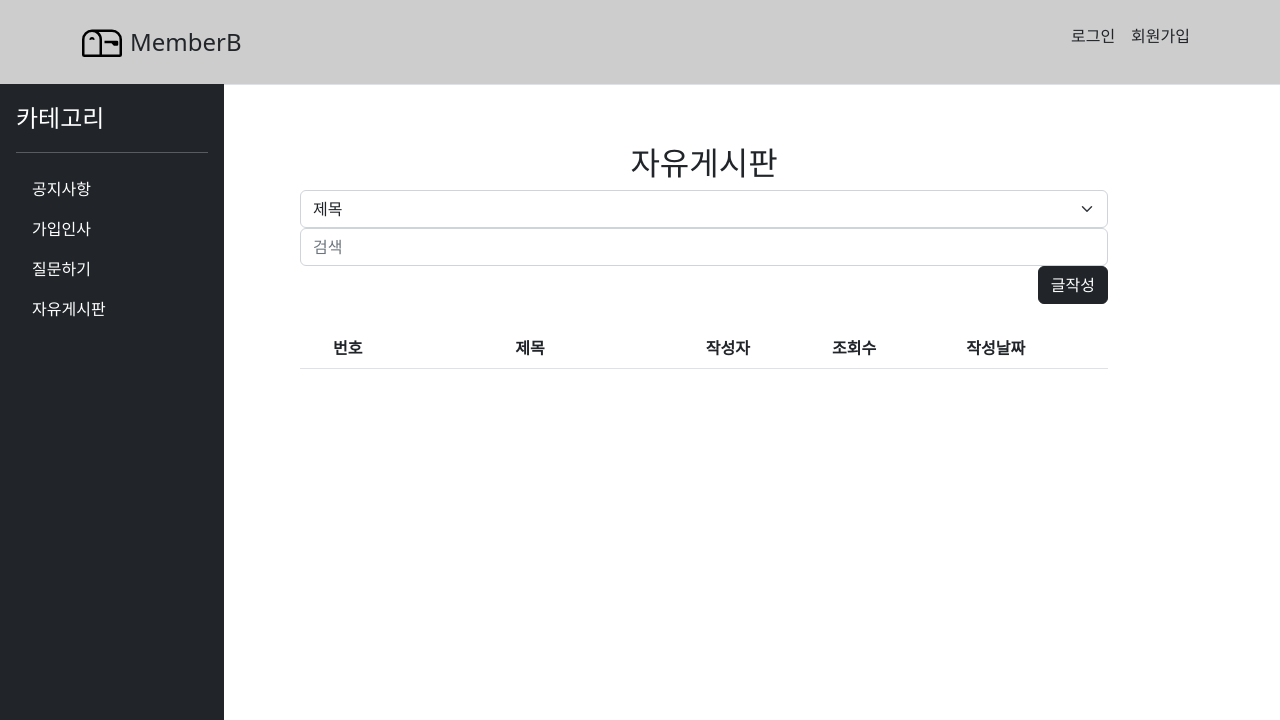
Repository: charmErin/board_220915
Page: http://localhost/board/WEB-INF/views/board/list.jsp
These files come from the project's save history. The page is drawn as it stood at one moment and after the next save; the edit follows.
The browser window is 1280 px wide. The pictures show the whole page.
The page is served by Tomcat 9. Nobody is signed in. Other server files are loaded and not shown. The template is opened directly, without the code that normally fills it, so the values that code supplies are empty.

Above is the page before, as saved 2022-09-16 08:45:20.

### board/src/main/webapp/WEB-INF/views/board/list.jsp
<%@ page language="java" contentType="text/html; charset=UTF-8"
    pageEncoding="UTF-8"%>
<%@ taglib uri="http://java.sun.com/jsp/jstl/core" prefix="c" %>
<%@ taglib prefix="fmt" uri="http://java.sun.com/jsp/jstl/fmt" %>
<!DOCTYPE html>
<html>
<head>
<meta charset="UTF-8">
<title>Insert title here</title>
<style>
	.body-content {
		margin-top: 9rem;
		margin-left: 15rem;
		padding-left: 3rem;
		padding-right: 10rem;
	}

	h2 {
		text-align: center;
	}

	a {
		text-decoration: none !important;
		color: #000 !important;
	}

	td a:hover {
		color: dodgerblue !important;
		cursor: pointer;
	}

	th {
		text-align: center !important;
	}

	td:not(:nth-child(2)) {
		text-align: center !important;
	}
</style>
</head>
<body>
	<%@include file ="../layout/header.jsp" %>
	<div class="body-content">
	<div class="container my-4">
		<c:choose>
			<c:when test="${category eq 1}">
				<h2>공지사항</h2>
			</c:when>
			<c:when test="${category eq 2}">
				<h2>가입인사</h2>
			</c:when>
			<c:when test="${category eq 3}">
				<h2>질문하기</h2>
			</c:when>
			<c:otherwise>
				<h2>자유게시판</h2>
			</c:otherwise>
		</c:choose>

		<div>
			<form action="/board/search" method="get">
				<select class="form-select col-1" name="searchType">
					<option value="boardTitle">제목</option>
					<option value="boardWriter">작성자</option>
					<option value="boardContetns">내용</option>
				</select>
				<input class="form-control col-2" type="text" name="q" placeholder="검색" aria-label="Search">
			</form>
		</div>
		<span class="d-grid gap-2 d-md-flex justify-content-md-end mb-4">
			<button onclick="boardSave()" class="btn btn-dark">글작성</button>
		</span>



		<table class="table table-hover">
			<tr>
				<th scope="row">번호</th>
				<th scope="row" class="col-4">제목</th>
				<th scope="row">작성자</th>
				<th scope="row">조회수</th>
				<th scope="row">작성날짜</th>
				<th></th>
			</tr>
			<c:forEach var="board" items="${boardList}">
				<tr>
					<td>${board.id}</td>
					<td>
						<a href="/board/detail/${board.id}">${board.boardTitle}</a>
						<c:if test="${board.boardFileName ne null}"><img src="#" alt=""/></c:if>
					</td>
					<td>${board.boardWriter}</td>
					<td>${board.boardHits}</td>
					<td><fmt:formatDate pattern="yyyy-MM-dd" value="${board.createdTime}"></fmt:formatDate></td>
					<td></td>
				</tr>
			</c:forEach>
		</table>
	</div>





	</div>
</body>
<script>
	const boardSave = () => {
		location.href = "/board/save-form";
	}
</script>
</html>

### board/src/main/webapp/WEB-INF/views/layout/header.jsp
<%@ page language="java" contentType="text/html; charset=UTF-8"
    pageEncoding="UTF-8"%>
<%@ taglib uri="http://java.sun.com/jsp/jstl/core" prefix="c" %>
<%@ taglib prefix="fmt" uri="http://java.sun.com/jsp/jstl/fmt" %>
<!DOCTYPE html>
<html>
<head>
<meta charset="UTF-8">
<link href="https://cdn.jsdelivr.net/npm/bootstrap@5.2.1/dist/css/bootstrap.min.css" rel="stylesheet" integrity="sha384-iYQeCzEYFbKjA/T2uDLTpkwGzCiq6soy8tYaI1GyVh/UjpbCx/TYkiZhlZB6+fzT" crossorigin="anonymous">
<title>Insert title here</title>
<style>
	header {
		background: #CDCDCD;
	}

	.side-bar {
		width: 14rem;
		height: 100%;
		margin-top: 1rem;
		position: fixed;
		display: inline !important;
	}
</style>
</head>
<body>
	<header class="py-3 border-bottom header-fix fixed-top">
		<div class="container d-flex flex-wrap justify-content-center">
			<a href="/" class="d-flex align-items-center mb-3 mb-lg-0 me-lg-auto text-dark text-decoration-none">
				<img src="../../../resources/svg/mailbox.svg" width="40" height="40">
				<span class="fs-4 m-2">
					MemberB
				</span>
			</a>

			<div>
				<c:choose>
					<c:when test="${sessionScope.id == null}">
						<ul class="nav">
							<li class="nav-item">
								<a href="/member/login-form" class="nav-link link-dark px-2">로그인</a>
							</li>
							<li class="nav-item">
								<a href="/member/save-form" class="nav-link link-dark px-2">회원가입</a>
							</li>
						</ul>
					</c:when>
					<c:otherwise>
						<ul class="nav">
							<li class="nav-item">
								<a href="/member/detail/${sessionScope.id}" class="nav-link link-dark px-2">${sessionScope.memberName}</a>
							</li>
							<c:if test="${sessionScope.loginId eq 'admin'}">
								<li class="nav-item">
									<a href="/member/findAll" class="nav-link link-dark px-2">회원목록</a>
								</li>
							</c:if>
							<li class="nav-item">
								<a href="/member/logout" class="nav-link link-dark px-2">로그아웃</a>
							</li>
						</ul>
					</c:otherwise>
				</c:choose>
			</div>
		</div>
		<div class="d-flex flex-column flex-shrink-0 p-3 text-bg-dark side-bar">
			<span class="fs-4">카테고리</span>
			<hr>
			<ul class="nav nav-pills flex-column mb-auto">
				<li class="nav-item">
					<a href="/board/1" class="nav-link text-white">공지사항</a>
				</li>
				<li>
					<a href="/board/2" class="nav-link text-white">가입인사</a>
				</li>
				<li>
					<a href="/board/3" class="nav-link text-white">질문하기</a>
				</li>
				<li>
					<a href="/board/4" class="nav-link text-white">자유게시판</a>
				</li>
			</ul>
		</div>
	</header>
</body>
</html>

### board/src/main/webapp/resources/svg/mailbox.svg
<svg xmlns="http://www.w3.org/2000/svg" width="16" height="16" fill="currentColor" class="bi bi-mailbox" viewBox="0 0 16 16">
  <path d="M4 4a3 3 0 0 0-3 3v6h6V7a3 3 0 0 0-3-3zm0-1h8a4 4 0 0 1 4 4v6a1 1 0 0 1-1 1H1a1 1 0 0 1-1-1V7a4 4 0 0 1 4-4zm2.646 1A3.99 3.99 0 0 1 8 7v6h7V7a3 3 0 0 0-3-3H6.646z"/>
  <path d="M11.793 8.5H9v-1h5a.5.5 0 0 1 .5.5v1a.5.5 0 0 1-.5.5h-1a.5.5 0 0 1-.354-.146l-.853-.854zM5 7c0 .552-.448 0-1 0s-1 .552-1 0a1 1 0 0 1 2 0z"/>
</svg>

After the next save:
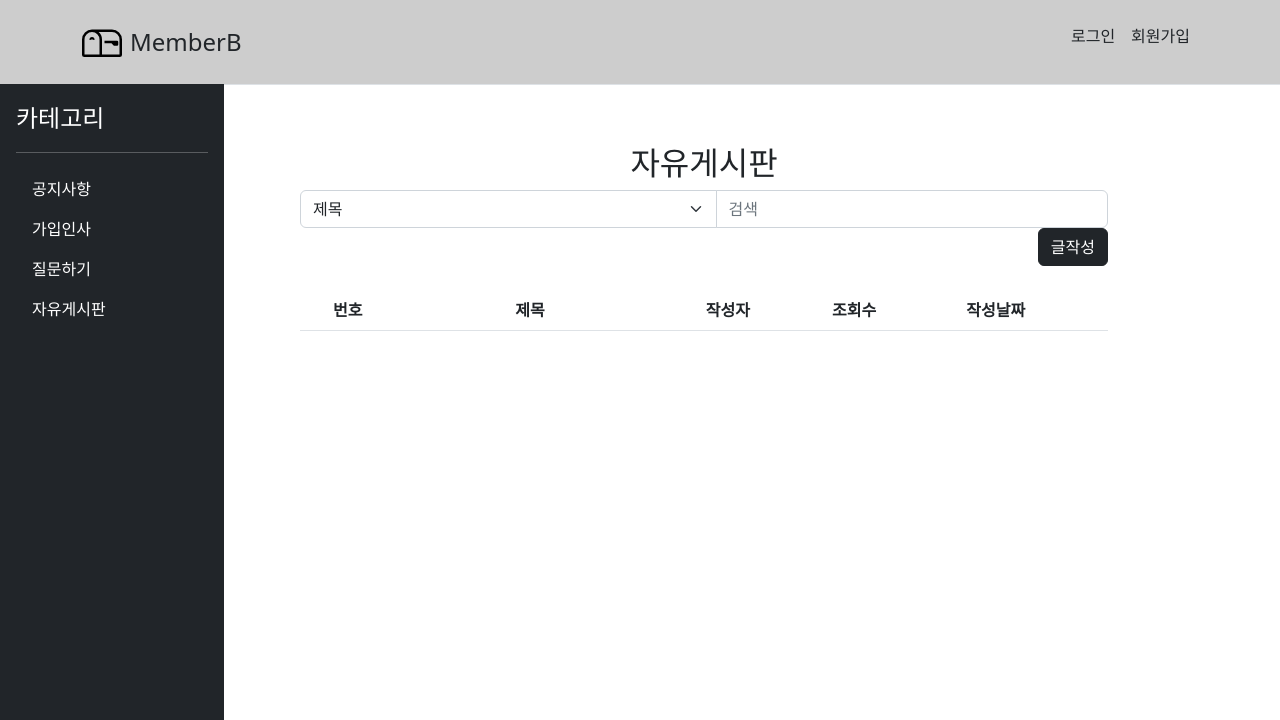
Saved 50 s later.
--- a/board/src/main/webapp/WEB-INF/views/board/list.jsp
+++ b/board/src/main/webapp/WEB-INF/views/board/list.jsp
@@ -57,16 +57,17 @@
 			</c:otherwise>
 		</c:choose>
 
-		<div>
-			<form action="/board/search" method="get">
+		<form action="/board/search" method="get">
+			<div class="input-group">
 				<select class="form-select col-1" name="searchType">
 					<option value="boardTitle">제목</option>
 					<option value="boardWriter">작성자</option>
 					<option value="boardContetns">내용</option>
 				</select>
 				<input class="form-control col-2" type="text" name="q" placeholder="검색" aria-label="Search">
-			</form>
-		</div>
+			</div>
+		</form>
+
 		<span class="d-grid gap-2 d-md-flex justify-content-md-end mb-4">
 			<button onclick="boardSave()" class="btn btn-dark">글작성</button>
 		</span>
